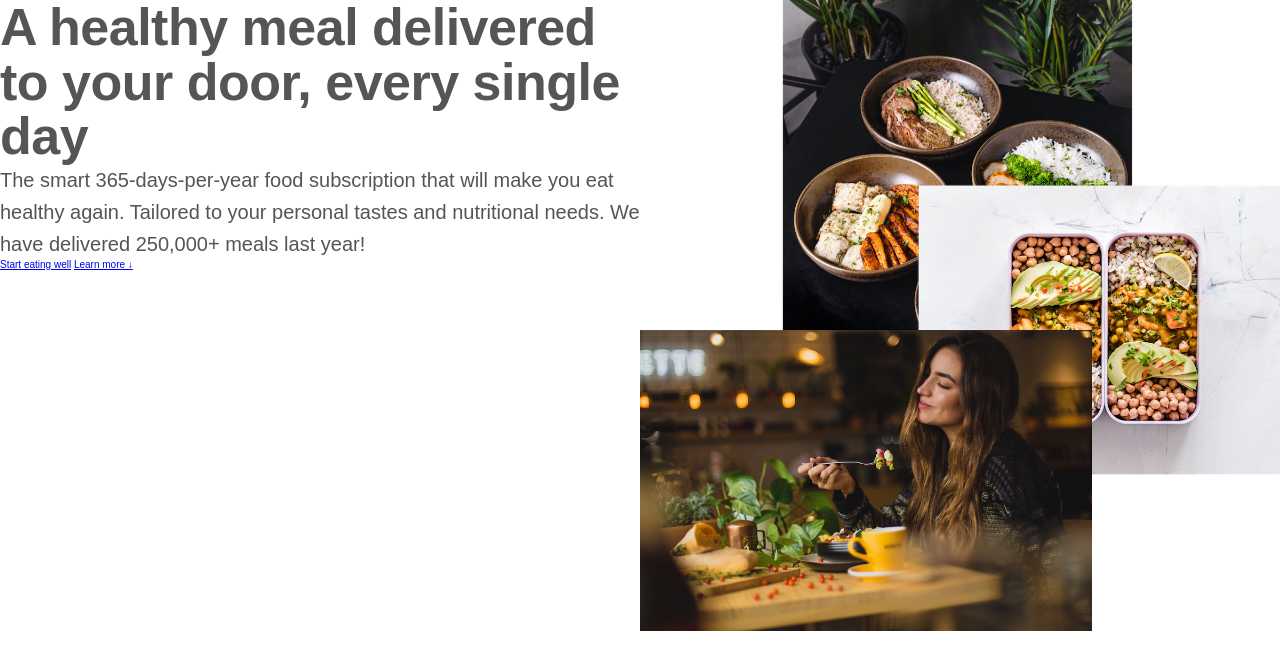
Repository: WefsCao/Omnifood
Page: index.html
An editor plug-in stored every save of this project. The page is shown before and after the next save, followed by the edit.
The browser window is 1280 px wide. The pictures show the whole page.

Above is the page before, as saved 2022-06-04 12:35:48.

After the next save:
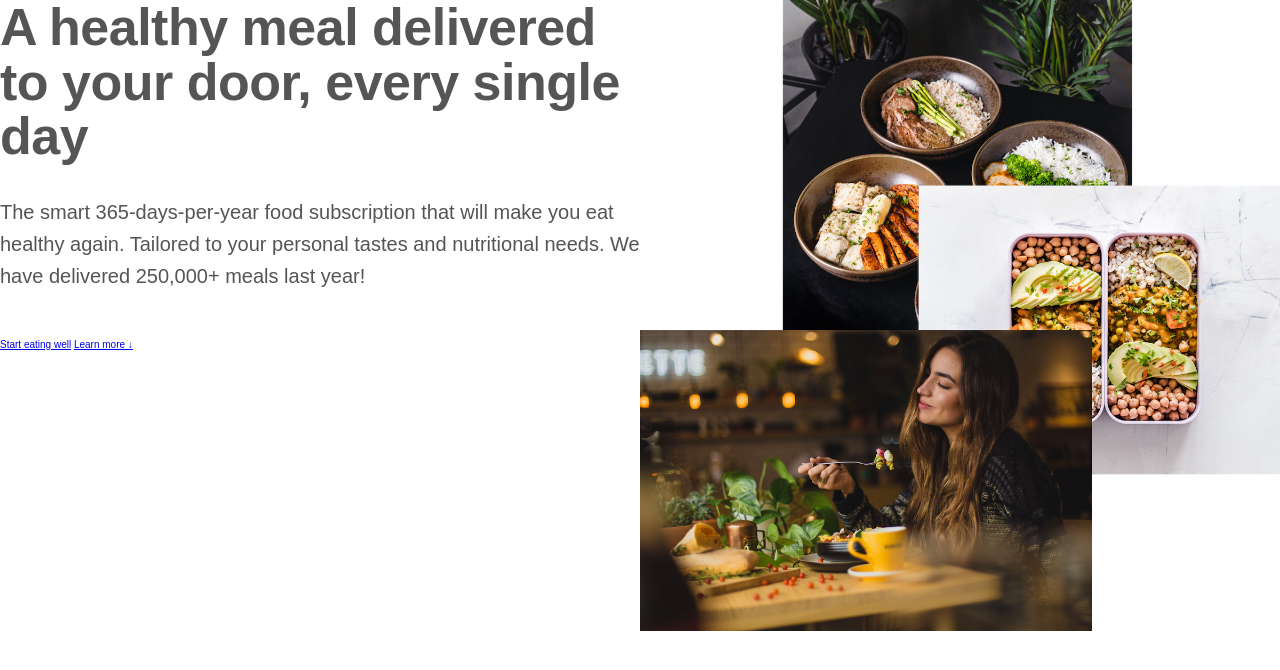
Saved 94 s later.
--- a/css/style.css
+++ b/css/style.css
@@ -54,10 +54,12 @@
   line-height: 1.05;
   font-weight: 700;
   letter-spacing: -0.5px;
+  margin-bottom: 3.2rem;
 }
 .hero-description {
   font-size: 2rem;
   line-height: 1.6;
+  margin-bottom: 4.8rem;
 }
 .hero-img {
   width: 100%;
